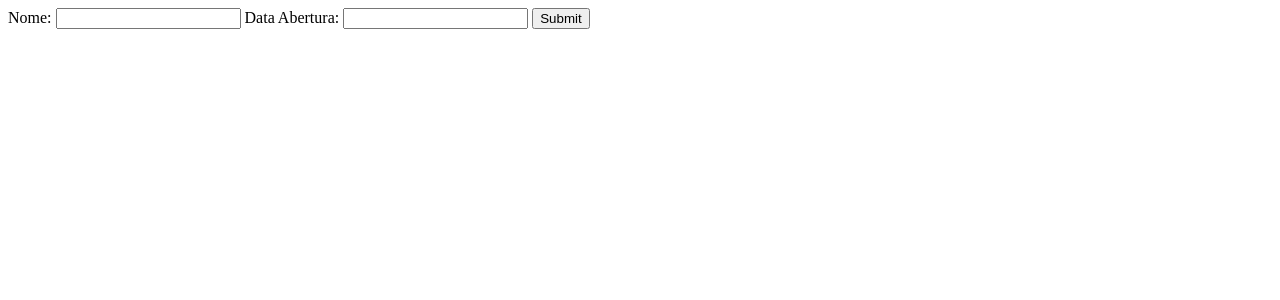
Repository: LucasEstrella/Spring-Boot-Alura-Servlet
Page: http://localhost/gerenciador/formNovaEmpresa.jsp
These files come from the project's save history. The page is drawn as it stood at one moment and after the next save; the edit follows.
The browser window is 1280 px wide. The pictures show the whole page.
The page is served by Tomcat 9.

Above is the page before, as saved 2022-03-20 16:02:06.

After the next save:
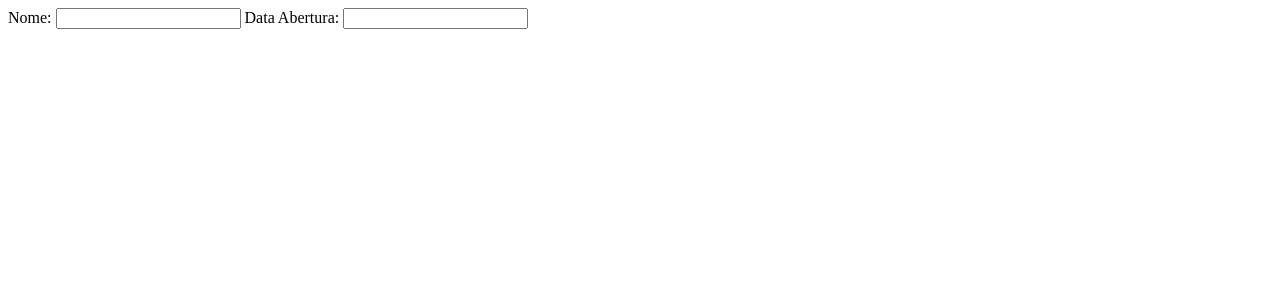
Saved 60 s later.
--- a/gerenciador/WebContent/formNovaEmpresa.jsp
+++ b/gerenciador/WebContent/formNovaEmpresa.jsp
@@ -1,5 +1,5 @@
 <%@ taglib uri="http://java.sun.com/jsp/jstl/core" prefix="c" %>
-<c:url value="/entrada" var="linkServletNovaEmpresa"/>
+<c:url value="/entrada" var="linkEntradaServlet"/>
 
 <!DOCTYPE html>
 <html>
@@ -9,11 +9,12 @@
 </head>
 <body>
 
-	<form action="${linkServletNovaEmpresa}" method="post">
+	<form action="${linkEntradaServlet}" method="post">
 
 		Nome: <input type="text" name="nome"  />
 		Data Abertura: <input type="text" name="data"  />
 
+		<input type="hidden" name="acao" value="NovaEmpresa"
 		<input type="submit" />
 
 

After the save that followed:
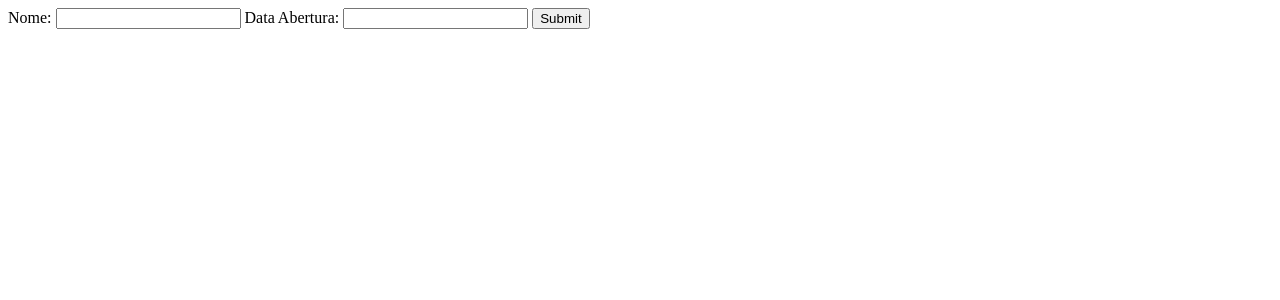
Saved 8 s later.
--- a/gerenciador/WebContent/formNovaEmpresa.jsp
+++ b/gerenciador/WebContent/formNovaEmpresa.jsp
@@ -14,7 +14,7 @@
 		Nome: <input type="text" name="nome"  />
 		Data Abertura: <input type="text" name="data"  />
 
-		<input type="hidden" name="acao" value="NovaEmpresa"
+		<input type="hidden" name="acao" value="NovaEmpresa">
 		<input type="submit" />
 
 
